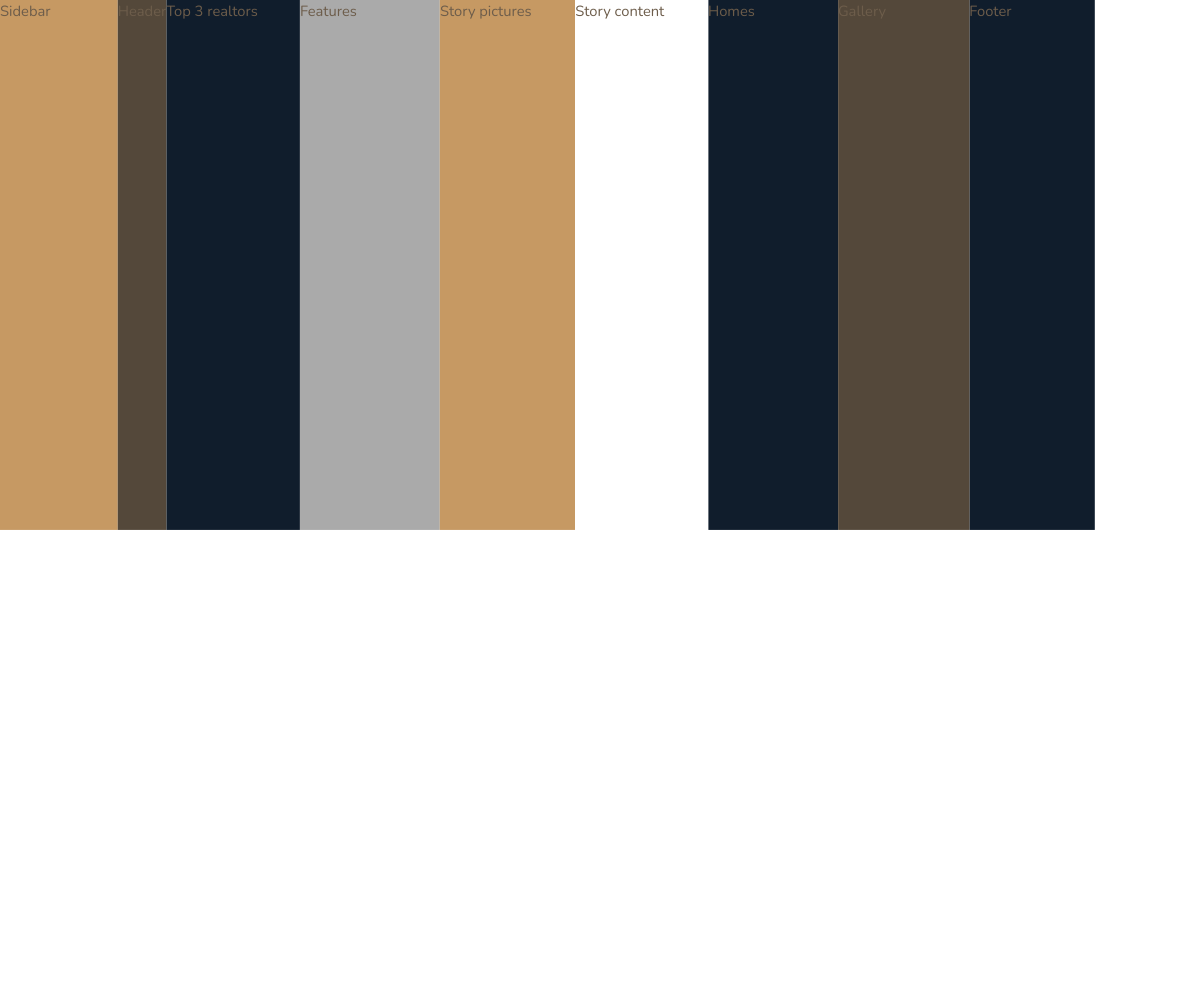
Repository: achwesiuk/nexter
Page: index.html
The author's editor kept a copy of each file at every save. The page is drawn from the files as they stood at one save, then again after the next save.
The browser window is 1280 px wide. The pictures show the whole page, at 92% of full size.
The style sheet was rebuilt from its Sass, Less or Tailwind sources for each picture, by a compiler version that may differ from the author's.

Above is the page before, as saved 2021-02-19 12:30:45.

After the next save:
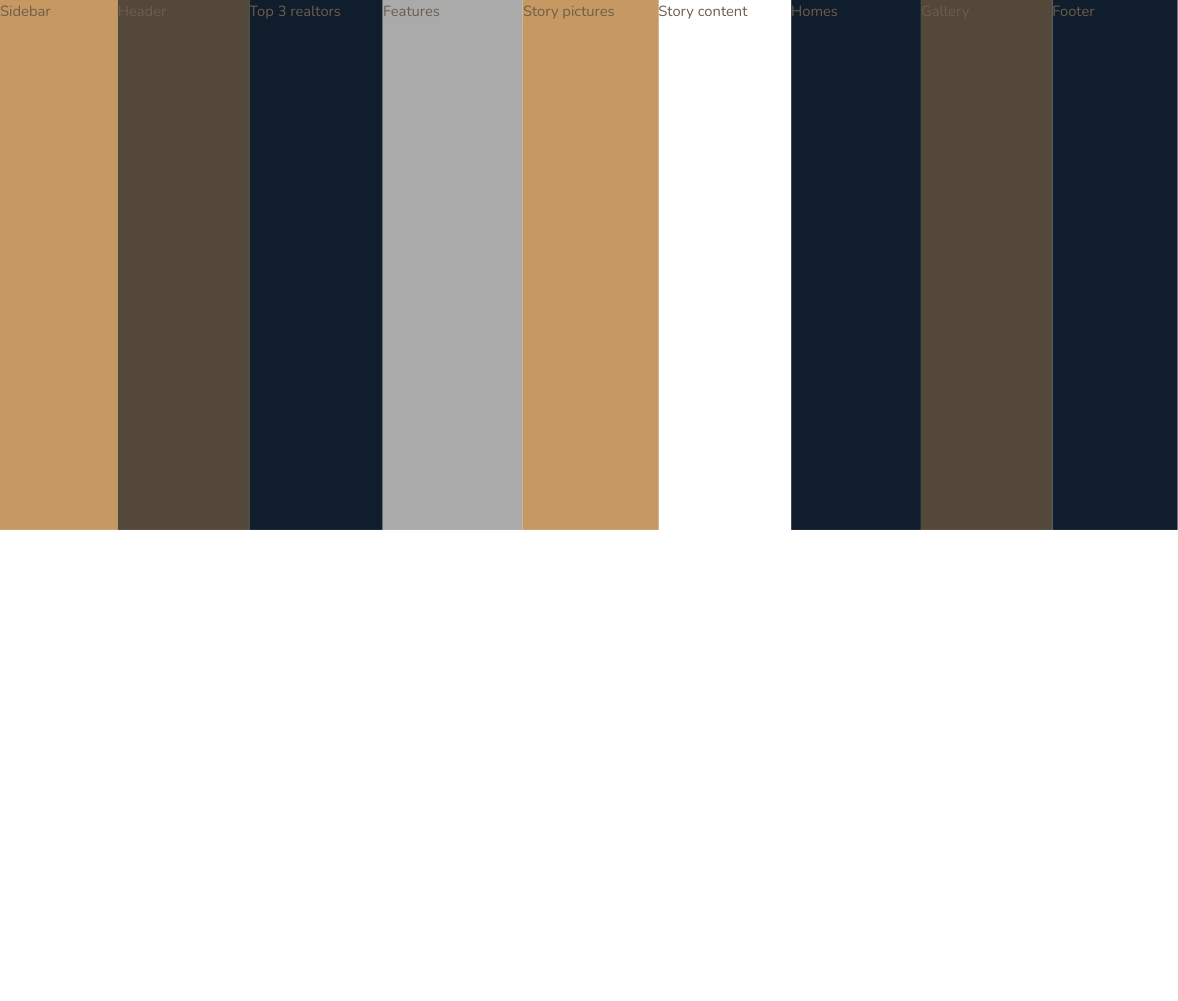
Saved 18 min 1 s later.
--- a/sass/_base.scss
+++ b/sass/_base.scss
@@ -43,5 +43,5 @@
     // 2. auto - domyślne, jeżeli nic nie będzie określone; również dopasowuje się do treści
     // 3. wiersz - wiersz uzależniony od szerokości układu (podczas zmiany szerokości widoku zmieniają się wymiary wiersza - zwęża się, rośnie)
     // 4, 5, 6 - wysokość wiersza uzależnione od jego zawartości
-    grid-template-columns: 8rem 1fr repeat(8, minmax(min-content, 14rem)) 1fr;
+    grid-template-columns: 8rem repeat(8, minmax(min-content, 14rem)) 1fr;
 }

After the save that followed:
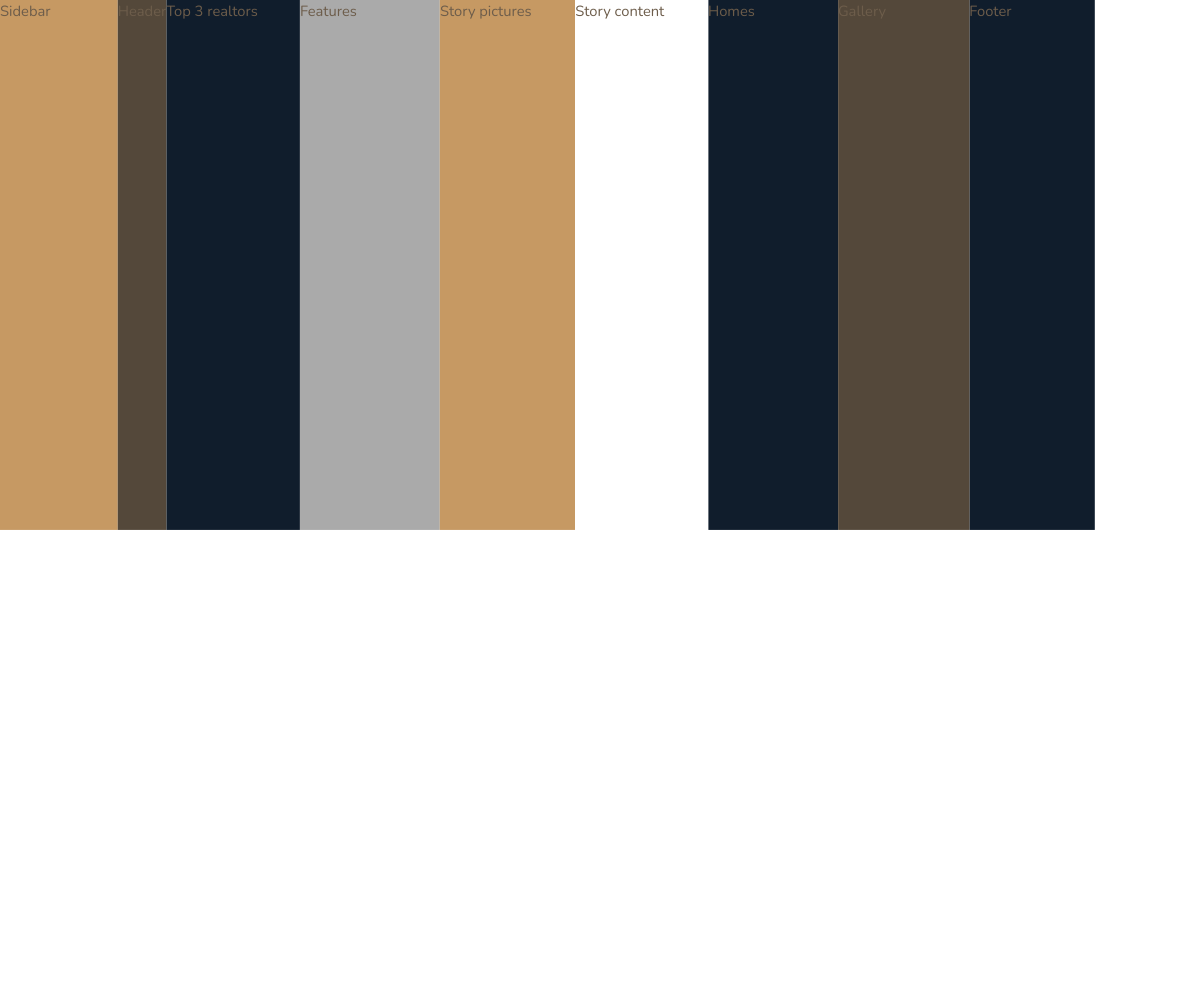
Saved 17 s later.
--- a/sass/_base.scss
+++ b/sass/_base.scss
@@ -43,5 +43,5 @@
     // 2. auto - domyślne, jeżeli nic nie będzie określone; również dopasowuje się do treści
     // 3. wiersz - wiersz uzależniony od szerokości układu (podczas zmiany szerokości widoku zmieniają się wymiary wiersza - zwęża się, rośnie)
     // 4, 5, 6 - wysokość wiersza uzależnione od jego zawartości
-    grid-template-columns: 8rem repeat(8, minmax(min-content, 14rem)) 1fr;
+    grid-template-columns: 8rem 1fr repeat(8, minmax(min-content, 14rem)) 1fr;
 }
